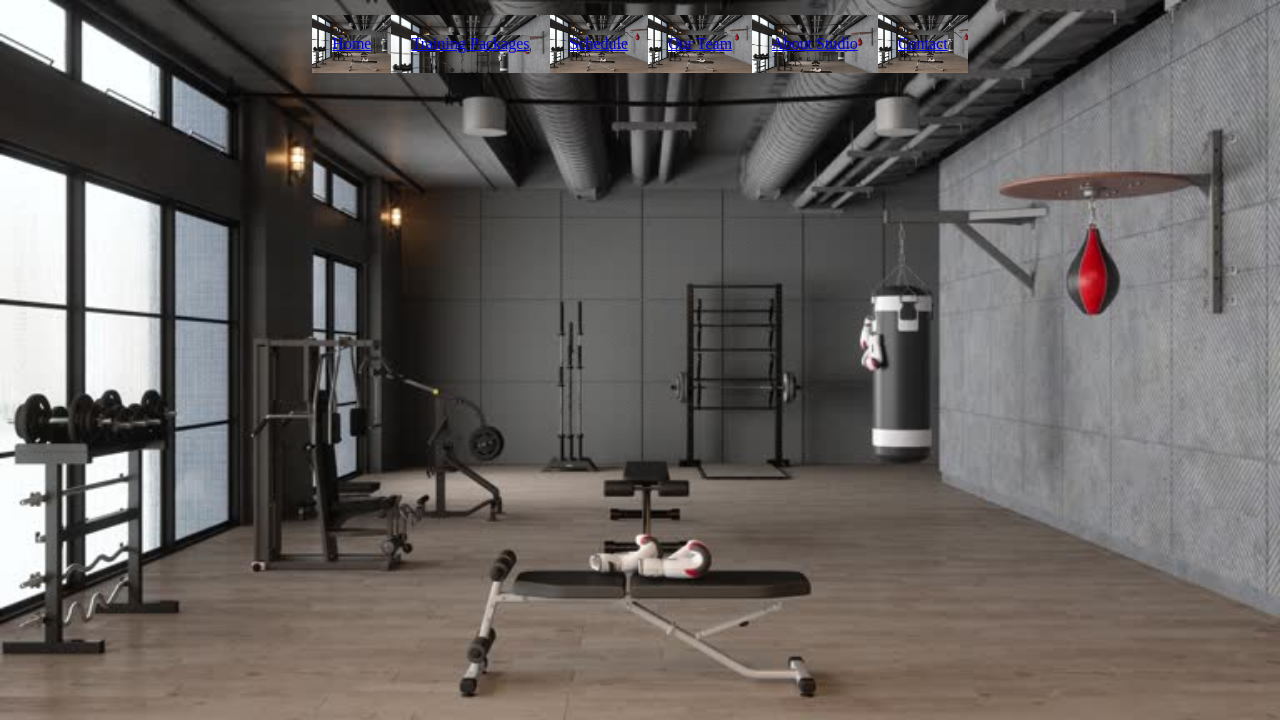
Repository: MujtabaHabib/muscle-memory-website
Page: index.html
These files come from the project's save history. The page is drawn as it stood at one moment and after the next save; the edit follows.
The browser window is 1280 px wide. The pictures show the whole page.

Above is the page before, as saved 2026-01-26 04:43:46.

After the next save:
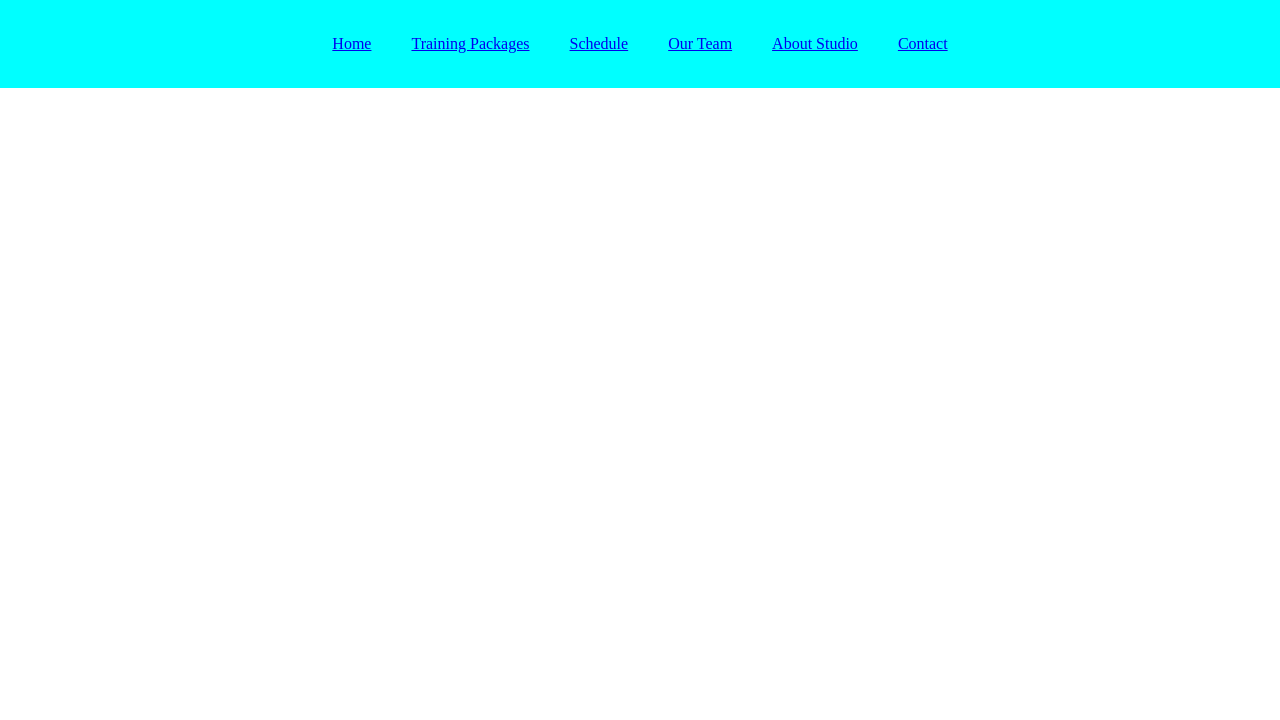
Saved 4 s later.
--- a/style.css
+++ b/style.css
@@ -1,9 +1,6 @@
 *{
     margin: 0;
     padding: 0;
-    background-image: url(gym.jpg);
-    background-repeat: no-repeat;
-    background-size: cover;
 
 }
 
